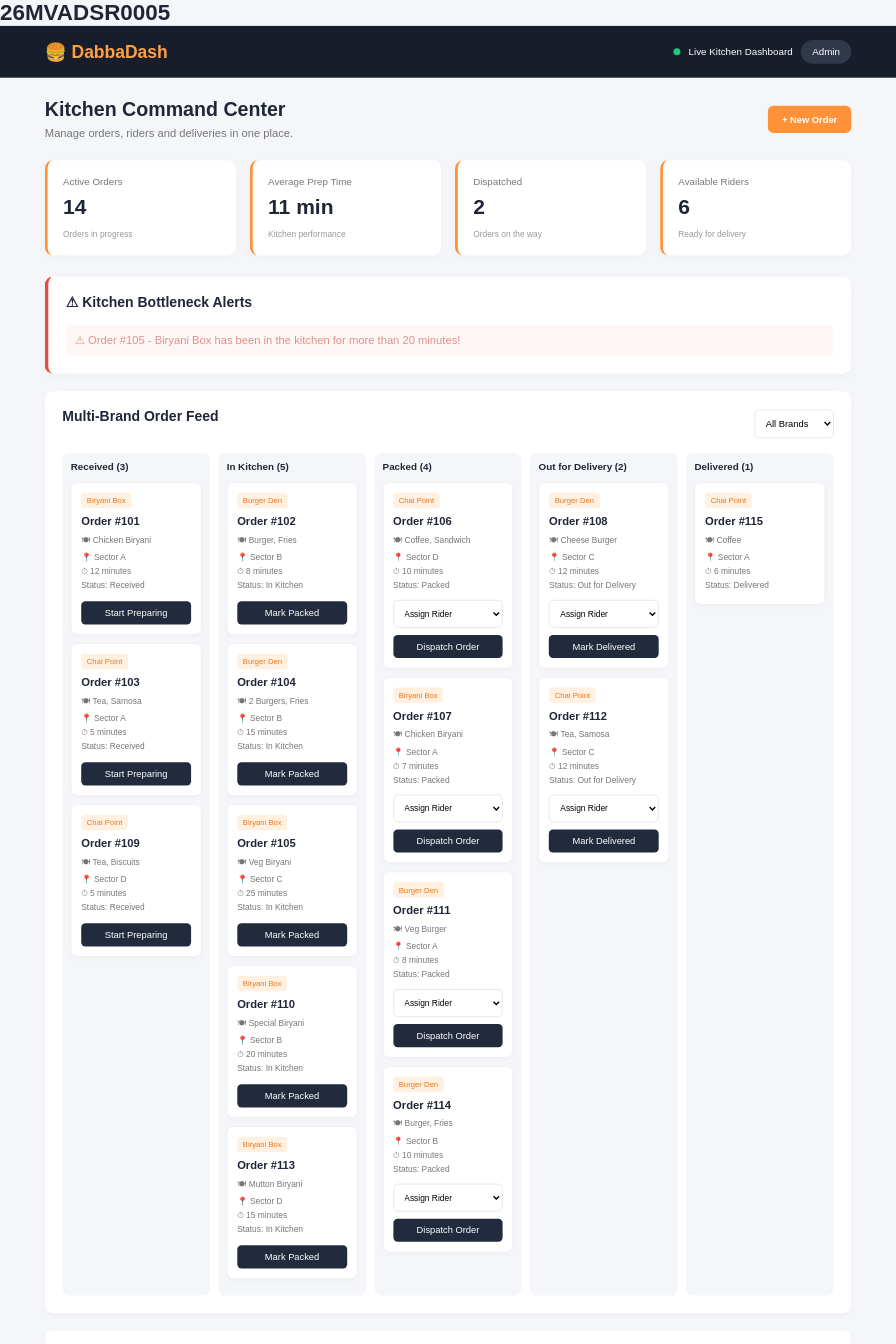
Repository: Balamanjusha1/DabbaDash
Page: index.html
The author's editor kept a copy of each file at every save. The page is drawn from the files as they stood at one save, then again after the next save.
The browser window is 1280 px wide. The pictures show the part of the page from y = 0 to 1920 px (the page is 3343 px tall before and 3306 px after), at 70% of full size.

Above is the page before, as saved 2026-11-21 10:25:49.

After the next save:
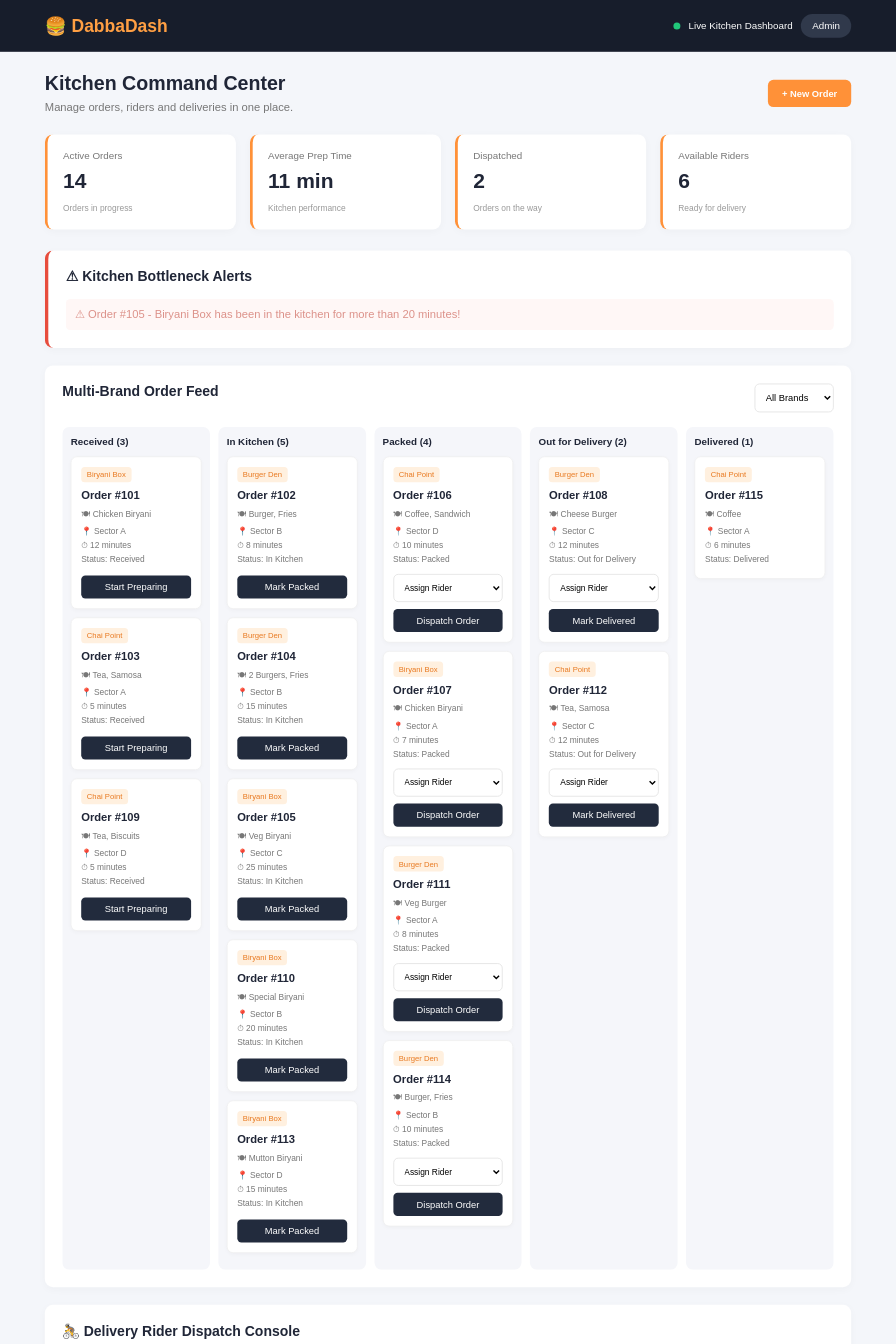
Saved 29 min 59 s later.
--- a/index.html
+++ b/index.html
@@ -2,7 +2,6 @@
 <html lang="en">
 
 <head>
-    <h1>26MVADSR0005</h1>
     <meta charset="UTF-8">
     <meta name="viewport" content="width=device-width, initial-scale=1.0">
     <title>DabbaDash - LastMile Bite Battle</title>
